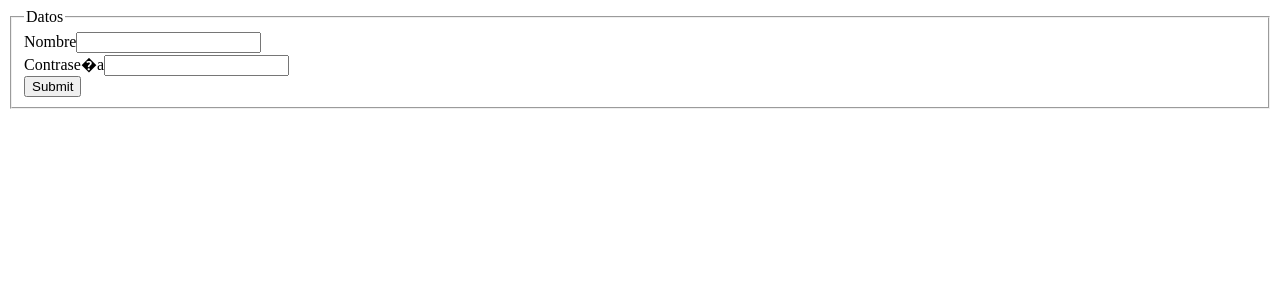
Repository: JaimeMarTal/JaimePHP
Page: http://localhost/ev1/t2/ej15/html15.php
The author's editor kept a copy of each file at every save. The page is drawn from the files as they stood at one save, then again after the next save.
The browser window is 1280 px wide. The pictures show the whole page.
The page is run by PHP 8.4 with error messages shown; the project is at /var/www/html/.

Above is the page before, as saved 2020-10-14 11:46:49.

### clase/ev1/t2/ej15/html15.php

<form action="html15.php" method="get">
<fieldset>
<legend>Datos</legend>
<label for="nombre">Nombre</label><input id="nombre" type="text" name="nombre"><br/>
<label for="password">Contraseña</label><input id="password" type="password" name="password"><br/>
<input type="submit">
</fieldset>
</form>

After the next save:
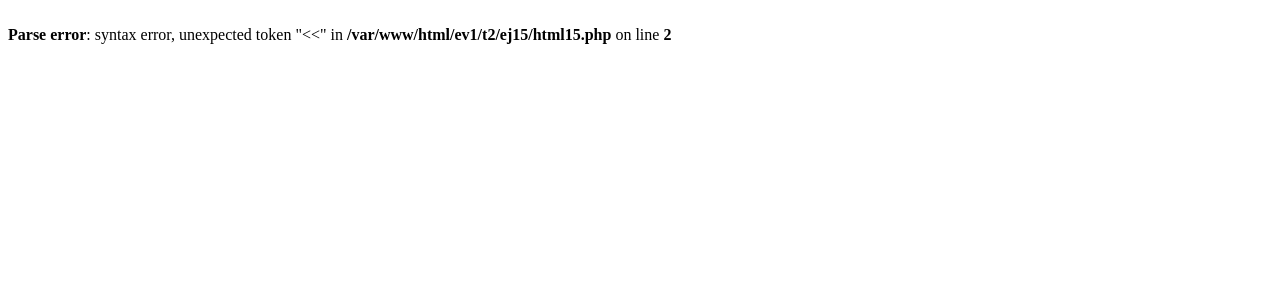
Saved 72 s later.
--- a/clase/ev1/t2/ej15/html15.php
+++ b/clase/ev1/t2/ej15/html15.php
@@ -1,5 +1,5 @@
-
-<form action="html15.php" method="get">
+<?php
+echo <<<HTML<form action="html15.php" method="get">
 <fieldset>
 <legend>Datos</legend>
 <label for="nombre">Nombre</label><input id="nombre" type="text" name="nombre"><br/>
@@ -7,3 +7,8 @@
 <input type="submit">
 </fieldset>
 </form>
+HTML;
+
+
+
+?>

After the save that followed:
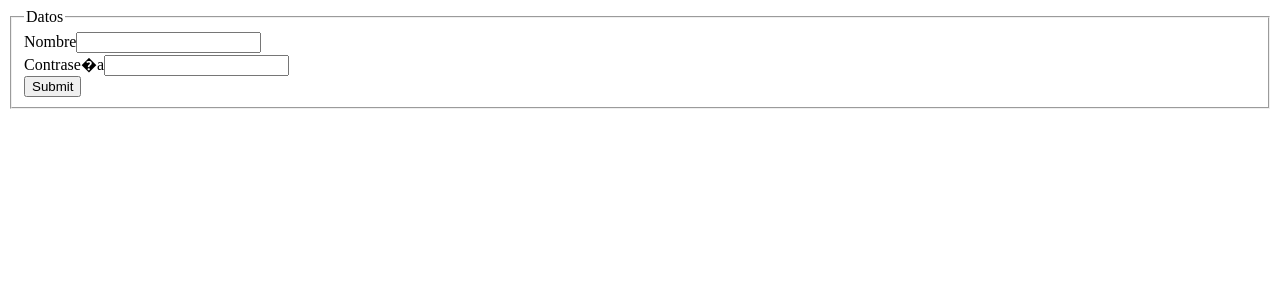
Saved 7 s later.
--- a/clase/ev1/t2/ej15/html15.php
+++ b/clase/ev1/t2/ej15/html15.php
@@ -1,5 +1,8 @@
 <?php
-echo <<<HTML<form action="html15.php" method="get">
+
+echo <<<HTML
+
+<form action="html15.php" method="get">
 <fieldset>
 <legend>Datos</legend>
 <label for="nombre">Nombre</label><input id="nombre" type="text" name="nombre"><br/>
@@ -7,6 +10,7 @@
 <input type="submit">
 </fieldset>
 </form>
+
 HTML;
 
 
